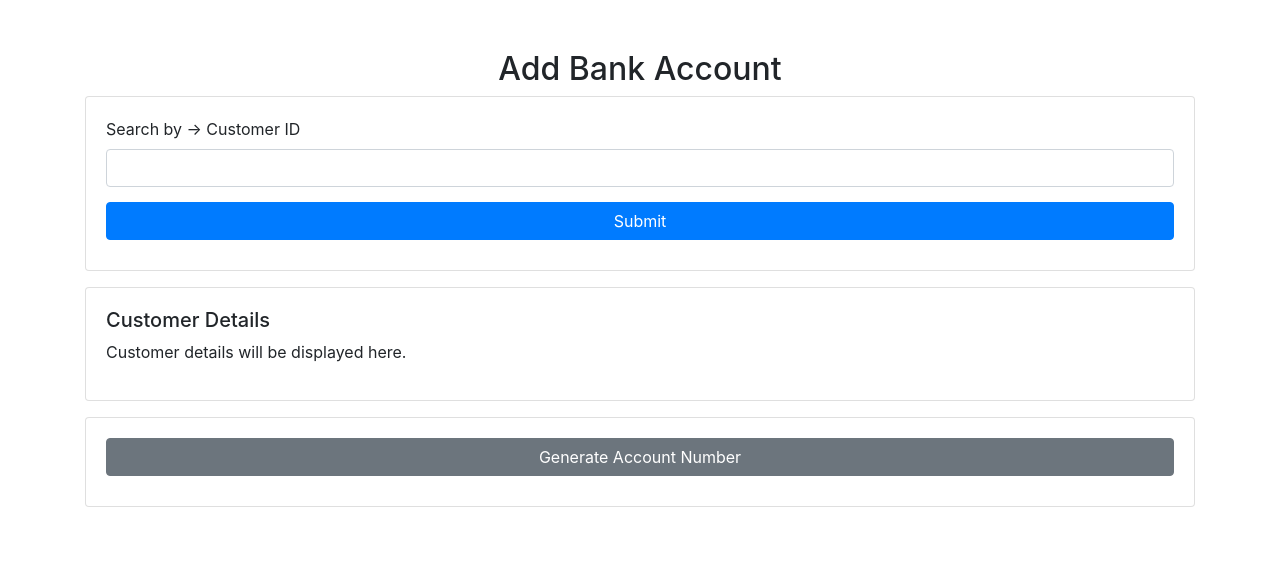
Repository: SuyashAwasthy/Javaee
Page: http://localhost/13-bank-application-mvc/addBankAccountNumber.jsp
The author's editor kept a copy of each file at every save. The page is drawn from the files as they stood at one save, then again after the next save.
The browser window is 1280 px wide. The pictures show the whole page.
The page is served by Tomcat 9. Other server files are loaded and not shown.

Above is the page before, as saved 2024-07-22 08:33:39.

### 13-bank-application-mvc/WebContent/addBankAccountNumber.jsp
<%@ page language="java" contentType="text/html; charset=UTF-8" pageEncoding="UTF-8"%>

<!DOCTYPE html>
<html>
<head>
    <title>Add Bank Account</title>
    <link rel="stylesheet" href="https://maxcdn.bootstrapcdn.com/bootstrap/4.0.0/css/bootstrap.min.css">
    <style>
        .container {
            margin-top: 50px;
        }
        .form-group {
            margin-bottom: 15px;
        }
        .form-control {
            margin-bottom: 10px;
        }
        .btn-primary, .btn-secondary {
            width: 100%;
            margin-bottom: 10px;
        }
    </style>
</head>
<body>
    <div class="container">
        <h2 class="text-center">Add Bank Account</h2>
        <div class="card">
            <div class="card-body">
                <form action="addBankAccountServlet" method="post">
                    <div class="form-group">
                        <label for="customerId">Search by -> Customer ID</label>
                        <input type="text" class="form-control" id="customerId" name="customerId" required>
                    </div>
                    <button type="submit" class="btn btn-primary">Submit</button>
                </form>
            </div>
        </div>
        <div class="card mt-3">
            <div class="card-body">
                <h5>Customer Details</h5>
                <!-- Placeholder for customer details -->
                <p id="customerDetails">Customer details will be displayed here.</p>
            </div>
        </div>
        <div class="card mt-3">
            <div class="card-body">
                <form action="generateAccountNumberServlet" method="post">
                    <button type="submit" class="btn btn-secondary">Generate Account Number</button>
                </form>
            </div>
        </div>
    </div>
</body>
</html>

After the next save:
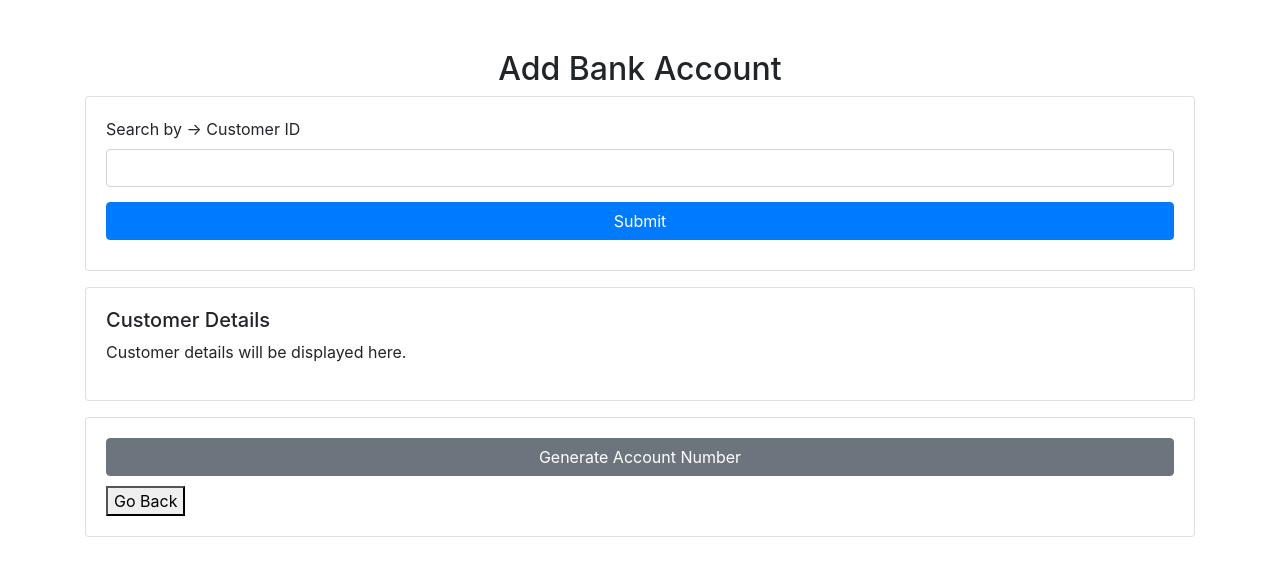
Saved 48 s later.
--- a/13-bank-application-mvc/WebContent/addBankAccountNumber.jsp
+++ b/13-bank-application-mvc/WebContent/addBankAccountNumber.jsp
@@ -1,54 +1,68 @@
-<%@ page language="java" contentType="text/html; charset=UTF-8" pageEncoding="UTF-8"%>
+<%@ page language="java" contentType="text/html; charset=UTF-8"
+	pageEncoding="UTF-8"%>
 
 <!DOCTYPE html>
 <html>
 <head>
-    <title>Add Bank Account</title>
-    <link rel="stylesheet" href="https://maxcdn.bootstrapcdn.com/bootstrap/4.0.0/css/bootstrap.min.css">
-    <style>
-        .container {
-            margin-top: 50px;
-        }
-        .form-group {
-            margin-bottom: 15px;
-        }
-        .form-control {
-            margin-bottom: 10px;
-        }
-        .btn-primary, .btn-secondary {
-            width: 100%;
-            margin-bottom: 10px;
-        }
-    </style>
+<title>Add Bank Account</title>
+<link rel="stylesheet"
+	href="https://maxcdn.bootstrapcdn.com/bootstrap/4.0.0/css/bootstrap.min.css">
+<style>
+.container {
+	margin-top: 50px;
+}
+
+.form-group {
+	margin-bottom: 15px;
+}
+
+.form-control {
+	margin-bottom: 10px;
+}
+
+.btn-primary, .btn-secondary {
+	width: 100%;
+	margin-bottom: 10px;
+}
+</style>
 </head>
 <body>
-    <div class="container">
-        <h2 class="text-center">Add Bank Account</h2>
-        <div class="card">
-            <div class="card-body">
-                <form action="addBankAccountServlet" method="post">
-                    <div class="form-group">
-                        <label for="customerId">Search by -> Customer ID</label>
-                        <input type="text" class="form-control" id="customerId" name="customerId" required>
-                    </div>
-                    <button type="submit" class="btn btn-primary">Submit</button>
-                </form>
-            </div>
-        </div>
-        <div class="card mt-3">
-            <div class="card-body">
-                <h5>Customer Details</h5>
-                <!-- Placeholder for customer details -->
-                <p id="customerDetails">Customer details will be displayed here.</p>
-            </div>
-        </div>
-        <div class="card mt-3">
-            <div class="card-body">
-                <form action="generateAccountNumberServlet" method="post">
-                    <button type="submit" class="btn btn-secondary">Generate Account Number</button>
-                </form>
-            </div>
-        </div>
-    </div>
+	<div class="container">
+		<h2 class="text-center">Add Bank Account</h2>
+		<div class="card">
+			<div class="card-body">
+				<form action="addBankAccountServlet" method="post">
+					<div class="form-group">
+						<label for="customerId">Search by -> Customer ID</label> <input
+							type="text" class="form-control" id="customerId"
+							name="customerId" required>
+					</div>
+					<button type="submit" class="btn btn-primary">Submit</button>
+				</form>
+			</div>
+		</div>
+		<div class="card mt-3">
+			<div class="card-body">
+				<h5>Customer Details</h5>
+				<!-- Placeholder for customer details -->
+				<p id="customerDetails">Customer details will be displayed here.</p>
+			</div>
+		</div>
+		<div class="card mt-3">
+			<div class="card-body">
+				<form action="generateAccountNumberServlet" method="post">
+					<button type="submit" class="btn btn-secondary">Generate
+						Account Number</button>
+					<button class="go-back-btn" onclick="goBack()">Go Back</button>
+
+					<script>
+						function goBack() {
+							window.history.back();
+						}
+					</script>
+				</form>
+			</div>
+		</div>
+	</div>
 </body>
 </html>
